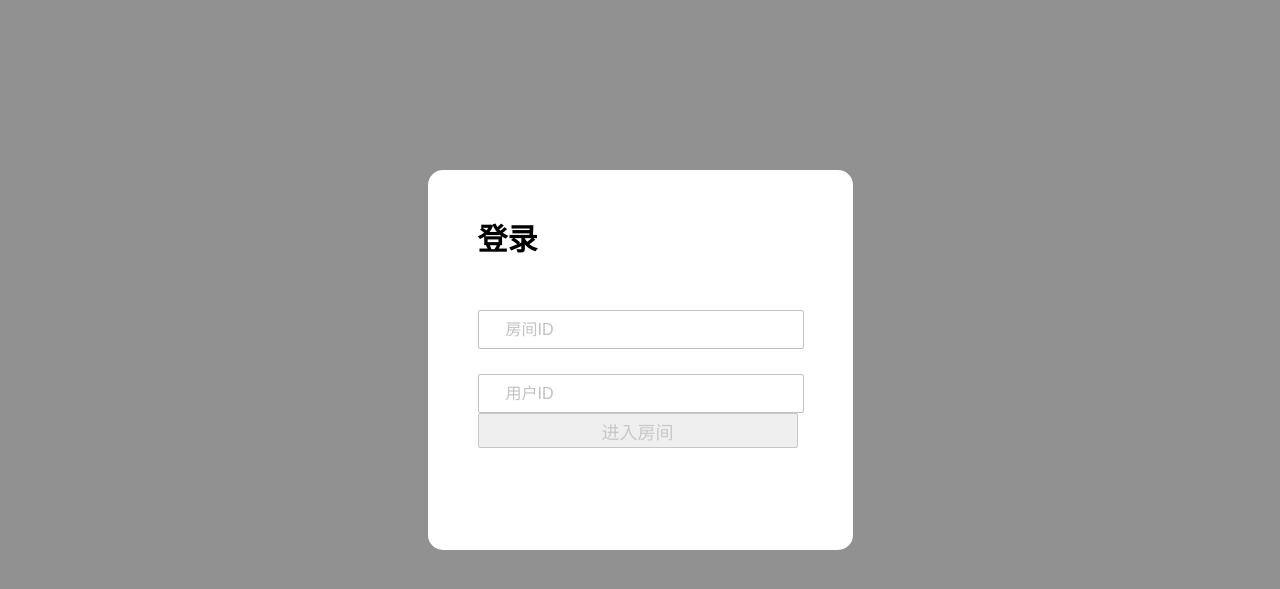
Repository: sjtu-course/homework
Page: GongZening/Week2/Web/LoginPage.html
The author's editor kept a copy of each file at every save. The page is drawn from the files as they stood at one save, then again after the next save.
The browser window is 1280 px wide. The pictures show the whole page.

Above is the page before, as saved 2020-11-07 17:19:38.

After the next save:
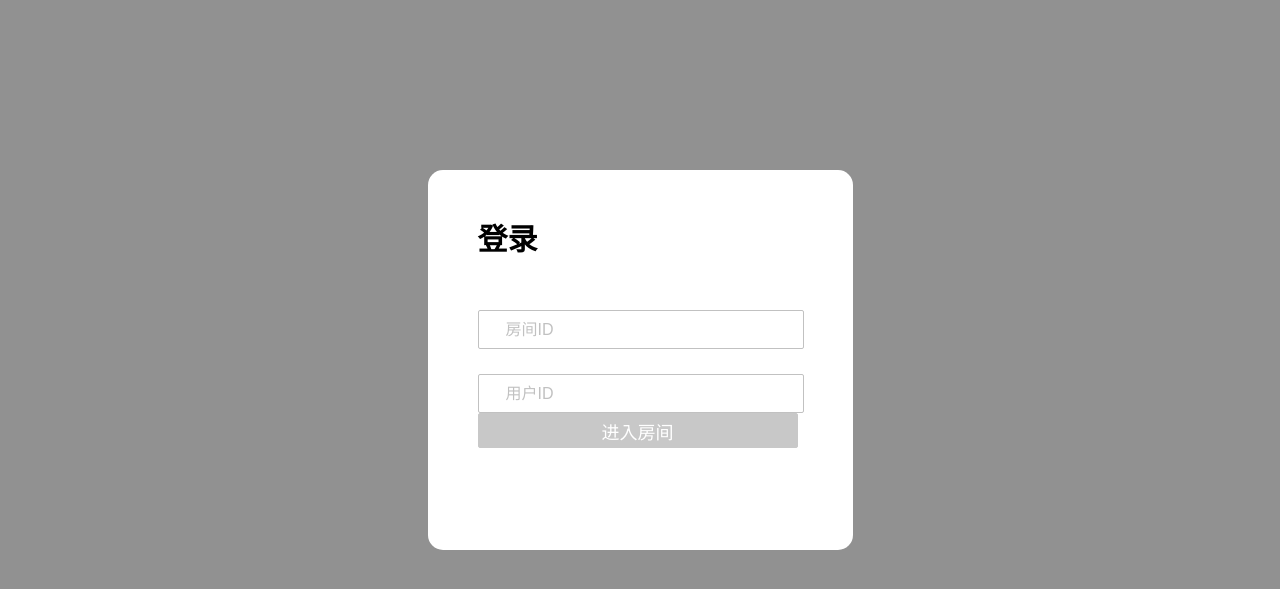
Saved 33 s later.
--- a/GongZening/Week2/Web/css/Button.css
+++ b/GongZening/Week2/Web/css/Button.css
@@ -4,7 +4,8 @@
     height: 35px;
     margin-left: 50px;
     border-radius: 2px;
-    color: #c8c8c8;
+    background-color: #c8c8c8;
+    color: white;
     border:1px solid #c8c8c8;
     font-size: 18px;
 }
